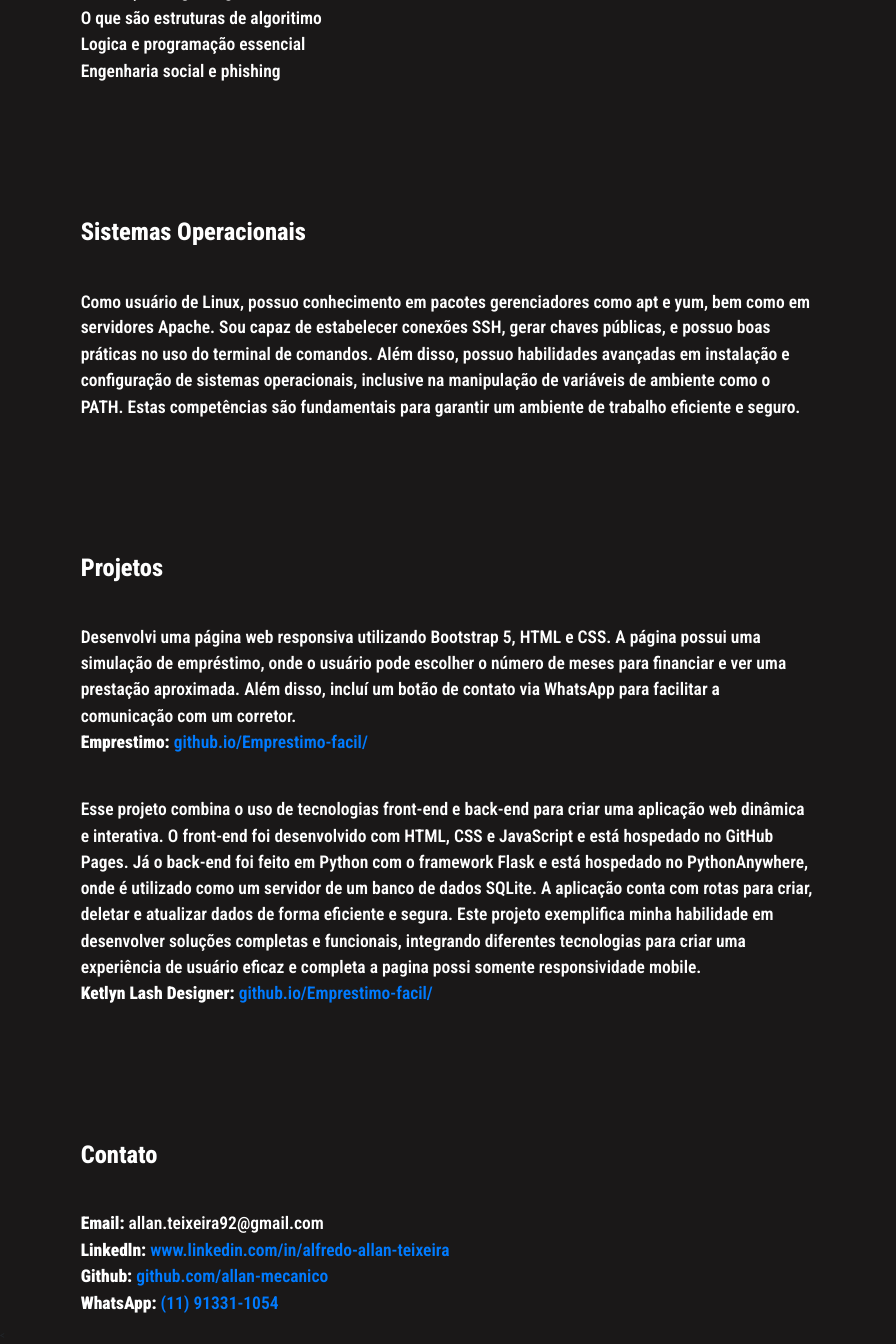
Repository: alfredo-allan/Portfolio
Page: index.html
An editor plug-in stored every save of this project. The page is shown before and after a run of saves, followed by the edit.
The browser window is 1280 px wide. The pictures show the part of the page from y = 1345 to 3265 px (the page is 3265 px tall), at 70% of full size.

Above is the page before, as saved 2024-04-13 18:38:26.

After the next 2 saves:
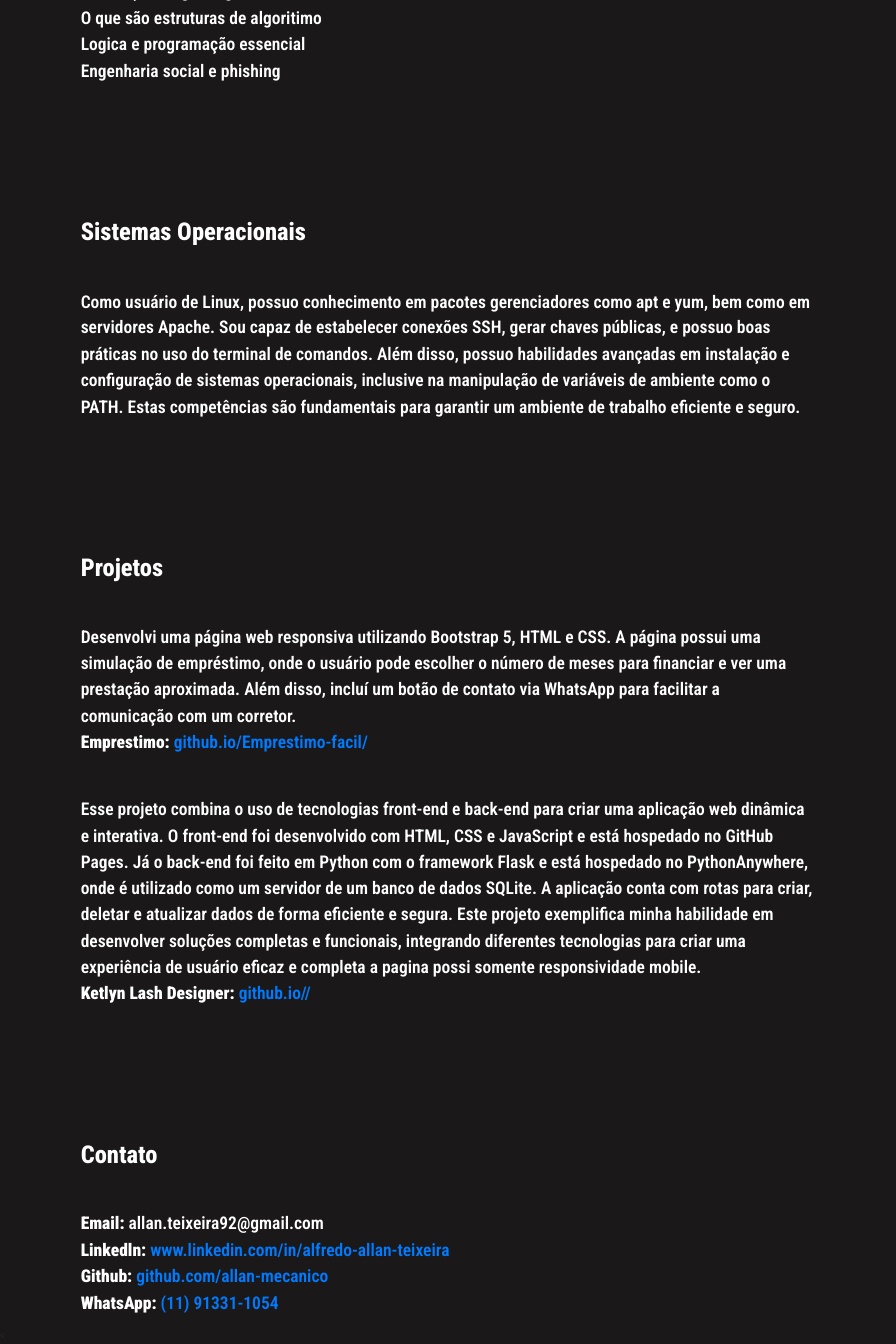
The 2 saves are shown as one change because they came seconds apart.
The last was saved 4 min 59 s later.
--- a/index.html
+++ b/index.html
@@ -100,7 +100,7 @@
         de usuário eficaz e completa a pagina possi somente responsividade mobile. <br />
         <strong>Ketlyn Lash Designer:</strong
         ><a href="https://allan-mecanico.github.io/Lash-Designer/">
-          github.io/Emprestimo-facil/
+          github.io//
         </a>
       </p>
     </div>
